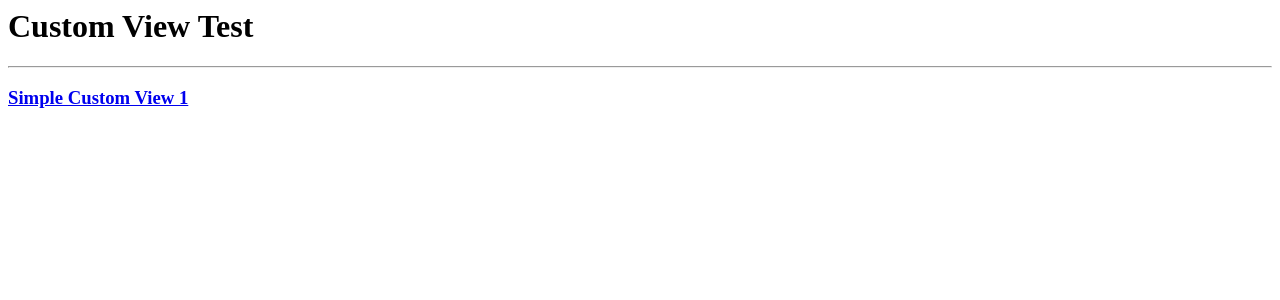
Repository: superThisMe/spring-basic
Page: http://localhost/05.spring-mvc-d/
An editor plug-in stored every save of this project. The page is shown before and after the next save, followed by the edit.
The browser window is 1280 px wide. The pictures show the whole page.
The page is served by Tomcat 9.

Above is the page before, as saved 2019-12-19 07:18:26.

After the next save:
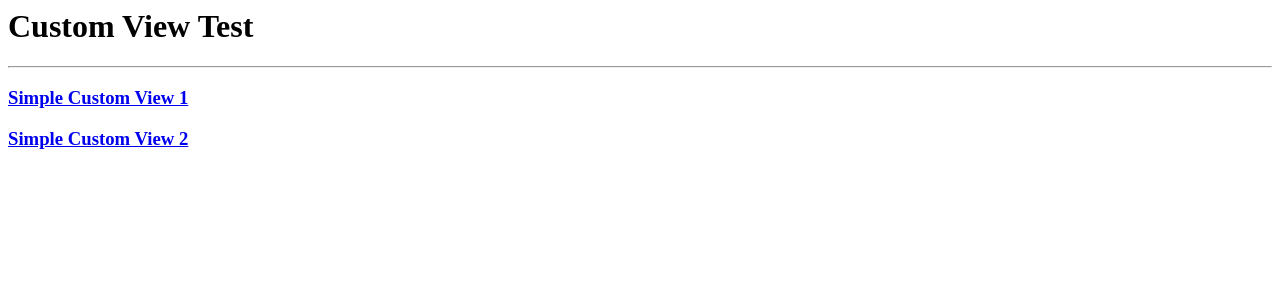
Saved 14 s later.
--- a/05.spring-mvc-d/src/main/webapp/WEB-INF/views/home.jsp
+++ b/05.spring-mvc-d/src/main/webapp/WEB-INF/views/home.jsp
@@ -9,6 +9,7 @@
 	<h1>Custom View Test</h1>
 	<hr>
 	<h3><a href="custom-view-a.action">Simple Custom View 1</a></h3>
+	<h3><a href="custom-view-a.action">Simple Custom View 2</a></h3>
 
 </body>
 </html>
